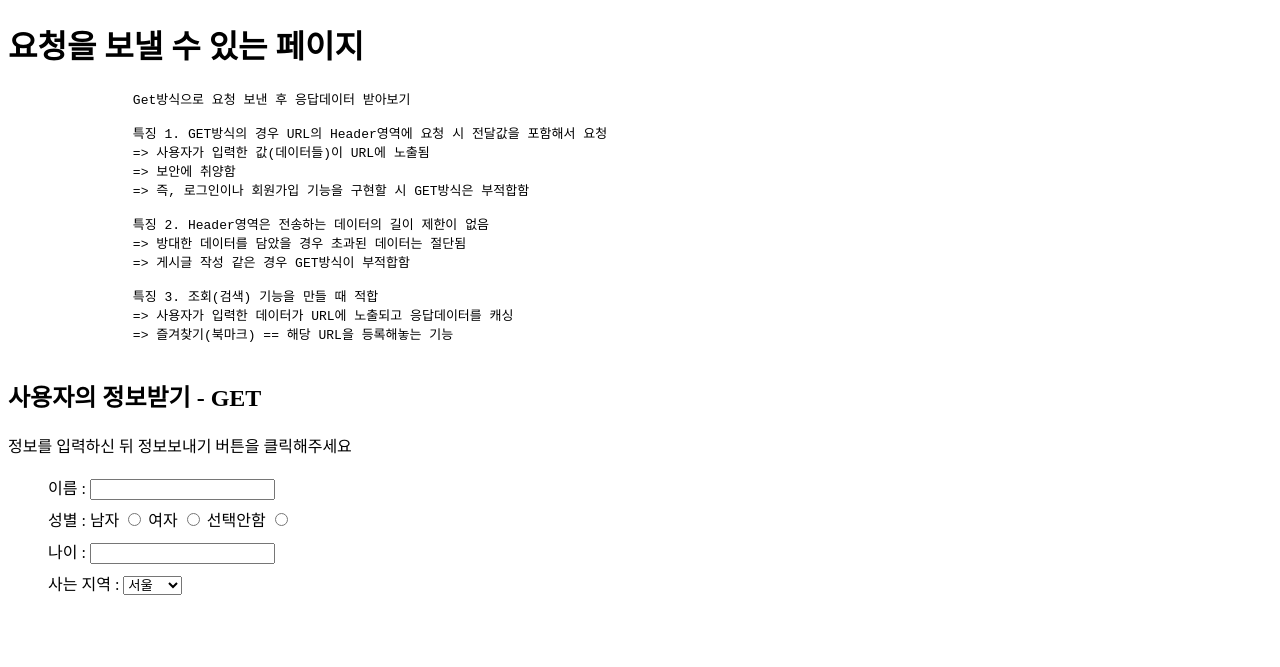
Repository: Simyoungdo04/dynamic-workspace
Page: FirstProject/src/main/webapp/views/request_get.html
The author's editor kept a copy of each file at every save. The page is drawn from the files as they stood at one save, then again after the next save.
The browser window is 1280 px wide. The pictures show the whole page.

Above is the page before, as saved 2026-05-04 05:16:07.

After the next save:
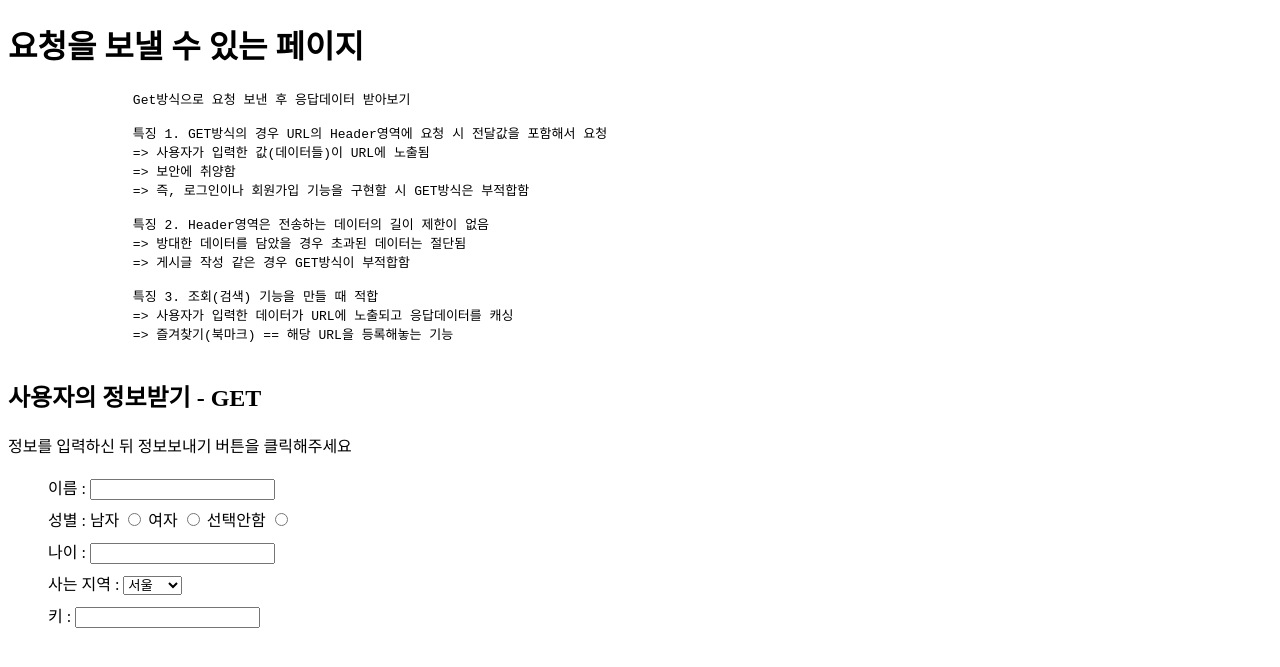
Saved 7 s later.
--- a/FirstProject/src/main/webapp/views/request_get.html
+++ b/FirstProject/src/main/webapp/views/request_get.html
@@ -55,7 +55,7 @@
 				</select>
 			</li>
 			<li>
-
+				키 : <input>
 			</li>
 			<li>
 
